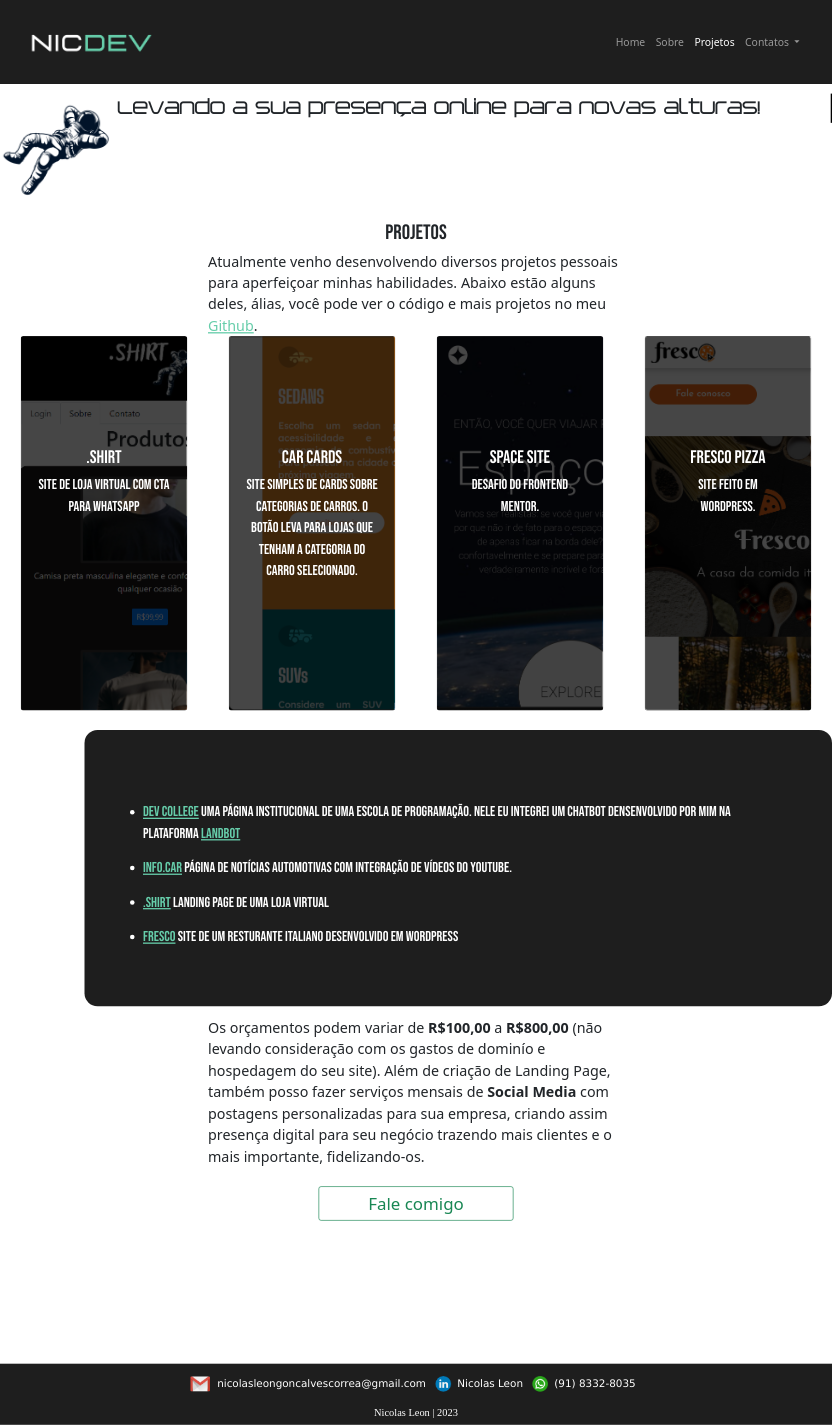
Repository: Leonngc/nicdev
Page: projects.html
These files come from the project's save history. The page is drawn as it stood at one moment and after the next save; the edit follows.
The browser window is 1280 px wide. The pictures show the whole page, at 65% of full size.
Some web libraries are served in a nearby version.

Above is the page before, as saved 2023-06-04 23:15:15.

After the next save:
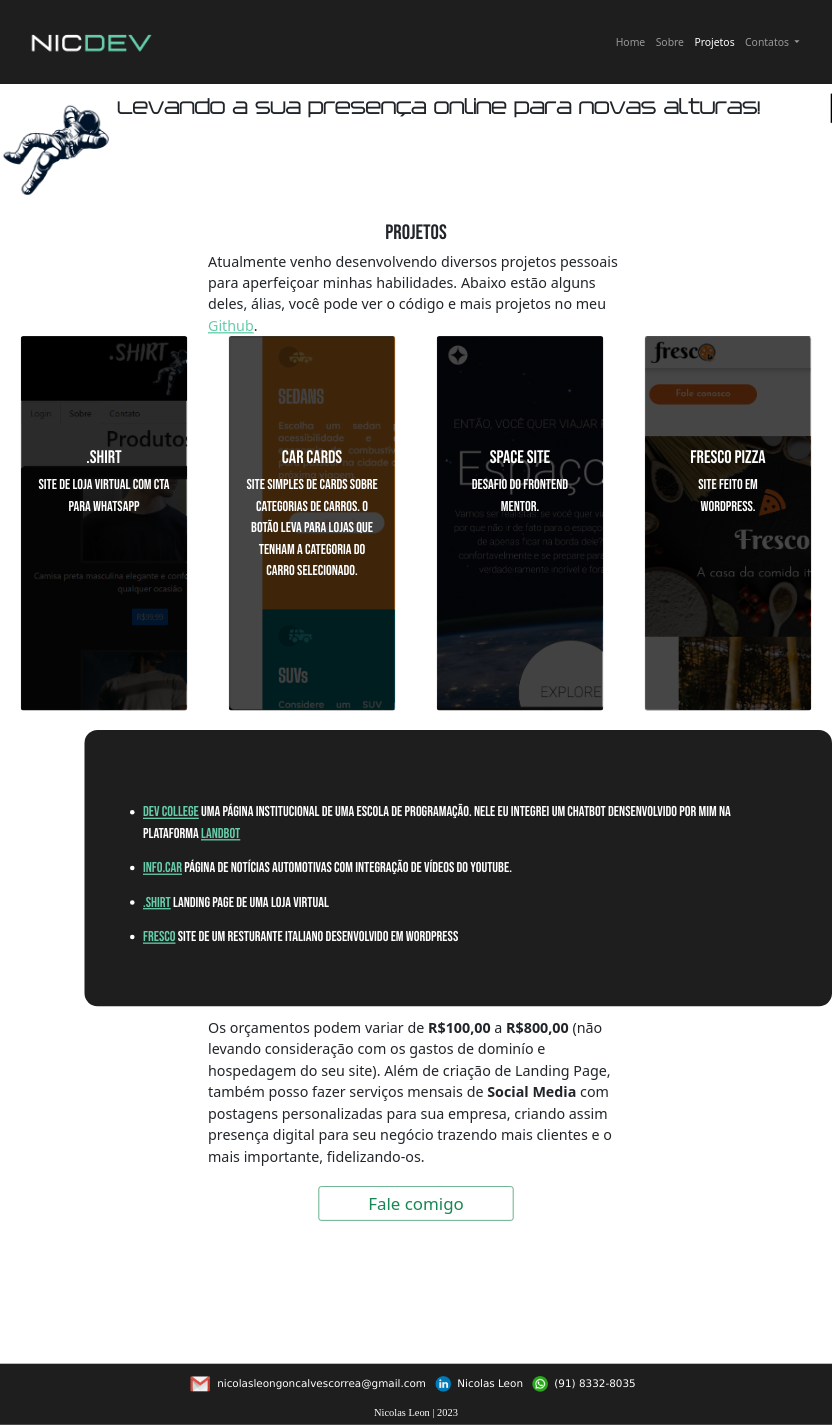
Saved 15 s later.
--- a/styles/projects.css
+++ b/styles/projects.css
@@ -114,7 +114,7 @@ li > img{
   background-image: url(../images/2023-06-04\ \(1\).png);
   background-repeat: no-repeat;
   background-size: cover;
-  box-shadow: inset 0 0 0 50vw rgba(0, 0, 0, 0.727);
+  box-shadow: inset 0 0 0 50vw rgba(0, 0, 0, 0.833);
 }
 #card-1{
   background-image: url(../images/carcards.png);
